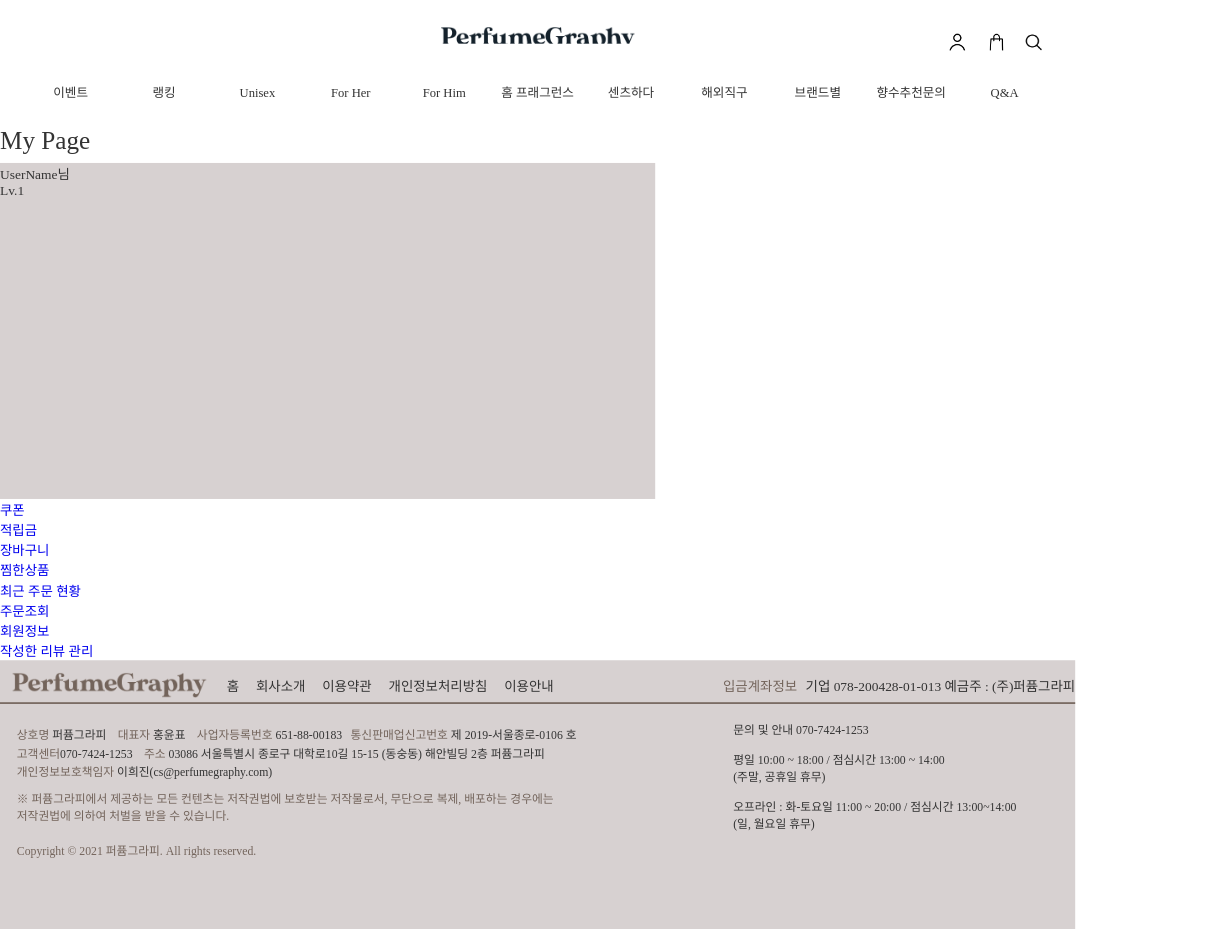
Repository: mingdue03/perfumegraphy
Page: myPage.html
An editor plug-in stored every save of this project. The page is shown before and after a run of saves, followed by the edit.
The browser window is 1280 px wide. The page is 1440 px wide, so the pictures cover 1440 px, including what lies to the right of the window. The pictures show the whole page, at 84% of full size.

Above is the page before, as saved 2021-08-26 15:01:54.

After the next 3 saves:
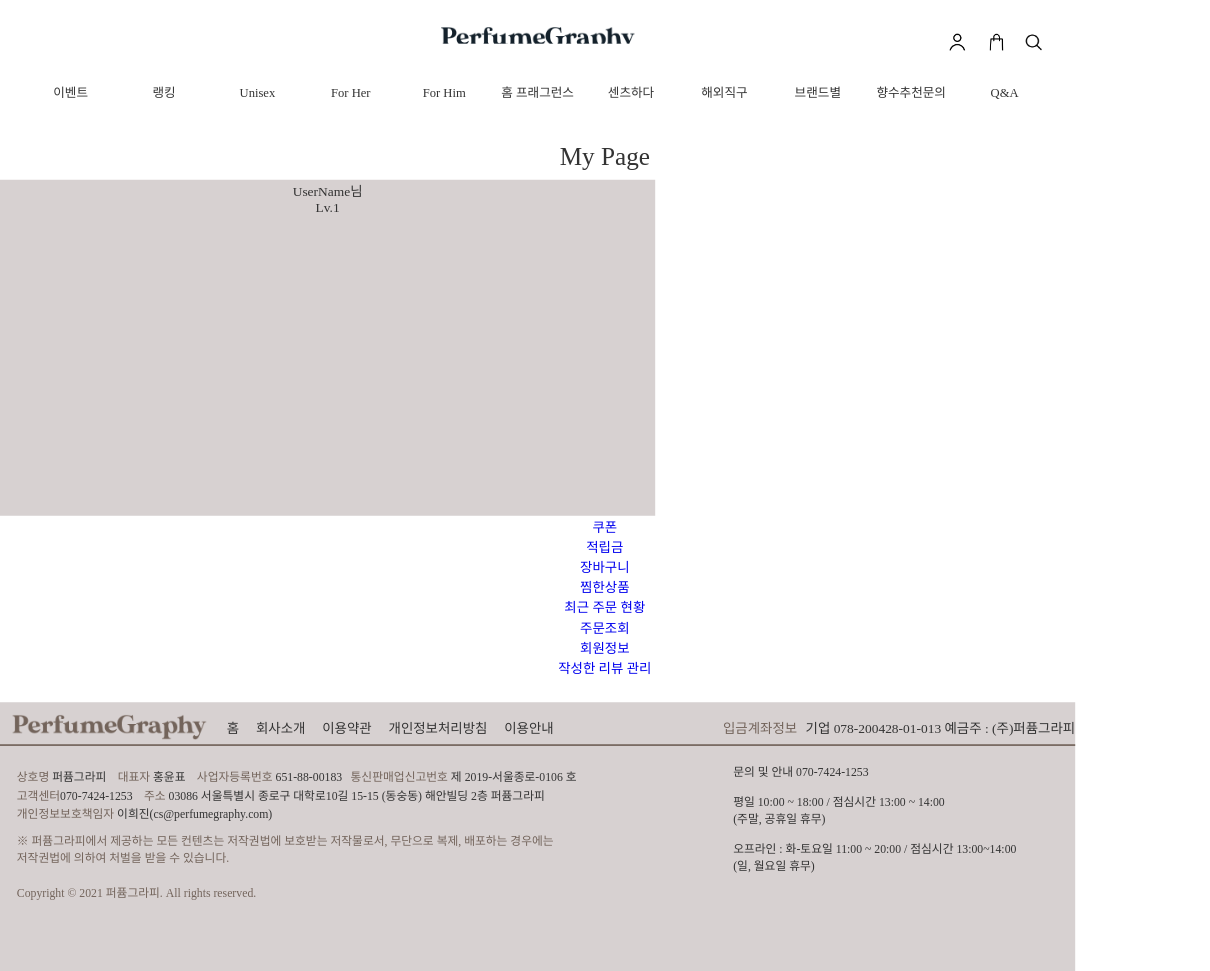
The 3 saves are shown as one change because they came seconds apart.
The last was saved 19 s later.
--- a/css/mypage.css
+++ b/css/mypage.css
@@ -3,7 +3,8 @@
 #mypage{}
 .mypage_wrap{
   width:1440px;
-  margin:auto;
+  margin:30px auto;
+  text-align:center;
 }
 .mypage_wrap h2{
   font-size:30px;
